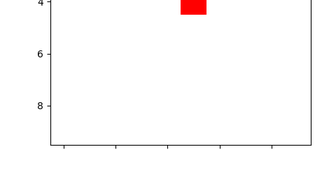
Repository: eduardodut/Trabalho_final_estatistica_cd
Script's output: python src/Simulador.py
An editor plug-in stored every save of this project. The script's output is shown before and after the next save, followed by the edit.
The pictures show rows 722 to 2962 of an output 972 px tall, at 70% of full size.
Each picture stacks the figures in order, with grey between them; figures that are only written to a file come last. The script is stopped after its 8th figure. Random numbers start from a fixed seed.

Above is the script's output before, as saved 2020-07-10 19:08:32.

After the next save:
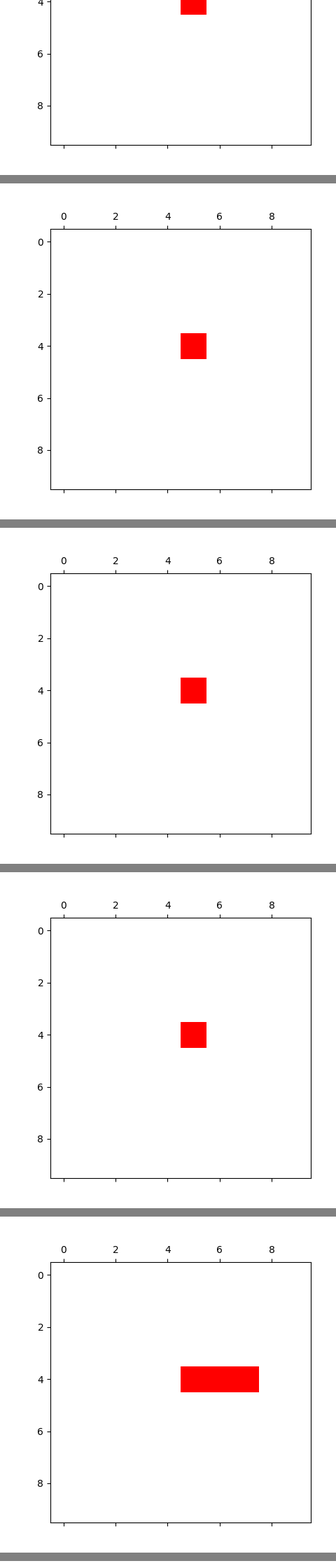
Saved 36 s later.
--- a/src/Simulador.py
+++ b/src/Simulador.py
@@ -359,27 +359,26 @@ sim.iterar()
 print(sim.num_inicial_tipo1)
 
 plt.matshow(sim.lista_matrizes_posicionamento[1].toarray(),cmap = cmap)
-# sim.iterar()
-
-# plt.matshow(sim.lista_matrizes_posicionamento[2].toarray(), cmap = cmap)
-# sim.iterar()
-
-# plt.matshow(sim.lista_matrizes_posicionamento[3].toarray(), cmap = cmap)
-# sim.iterar()
-
-# plt.matshow(sim.lista_matrizes_posicionamento[4].toarray(), cmap = cmap)
-# sim.iterar()
-
-
-# plt.matshow(sim.lista_matrizes_posicionamento[5].toarray(), cmap= cmap)
-# sim.iterar()
-
-# plt.matshow(sim.lista_matrizes_posicionamento[6].toarray(), cmap = cmap)
-# sim.iterar()
-# plt.matshow(sim.lista_matrizes_posicionamento[7].toarray(), cmap = cmap)
-# sim.iterar()
-# plt.matshow(sim.lista_matrizes_posicionamento[8].toarray(), cmap = cmap)
-# sim.iterar()
-# plt.matshow(sim.lista_matrizes_posicionamento[9].toarray(), cmap = cmap)
-# sim.iterar()
+sim.iterar()
+
+plt.matshow(sim.lista_matrizes_posicionamento[2].toarray(), cmap = cmap)
+sim.iterar()
+
+plt.matshow(sim.lista_matrizes_posicionamento[3].toarray(), cmap = cmap)
+sim.iterar()
+
+plt.matshow(sim.lista_matrizes_posicionamento[4].toarray(), cmap = cmap)
+sim.iterar()
+
+plt.matshow(sim.lista_matrizes_posicionamento[5].toarray(), cmap= cmap)
+sim.iterar()
+
+plt.matshow(sim.lista_matrizes_posicionamento[6].toarray(), cmap = cmap)
+sim.iterar()
+plt.matshow(sim.lista_matrizes_posicionamento[7].toarray(), cmap = cmap)
+sim.iterar()
+plt.matshow(sim.lista_matrizes_posicionamento[8].toarray(), cmap = cmap)
+sim.iterar()
+plt.matshow(sim.lista_matrizes_posicionamento[9].toarray(), cmap = cmap)
+sim.iterar()
 plt.show();
